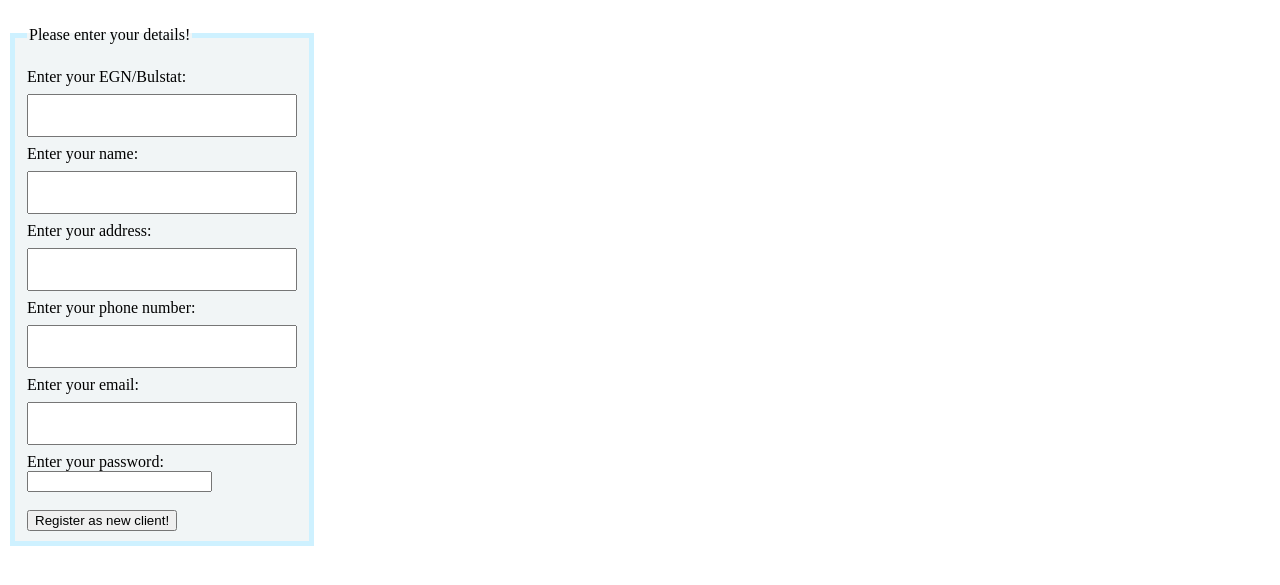
Repository: A-Mitev/E-Banking_Team_Project
Page: http://localhost/FiBank/WEB-INF/views/jsp/Register.jsp
The author's editor kept a copy of each file at every save. The page is drawn from the files as they stood at one save, then again after the next save.
The browser window is 1280 px wide. The pictures show the whole page.
The page is served by Tomcat 9. Nobody is signed in. The template is opened directly, without the code that normally fills it, so the values that code supplies are empty.

Above is the page before, as saved 2016-04-07 07:56:04.

After the next save:
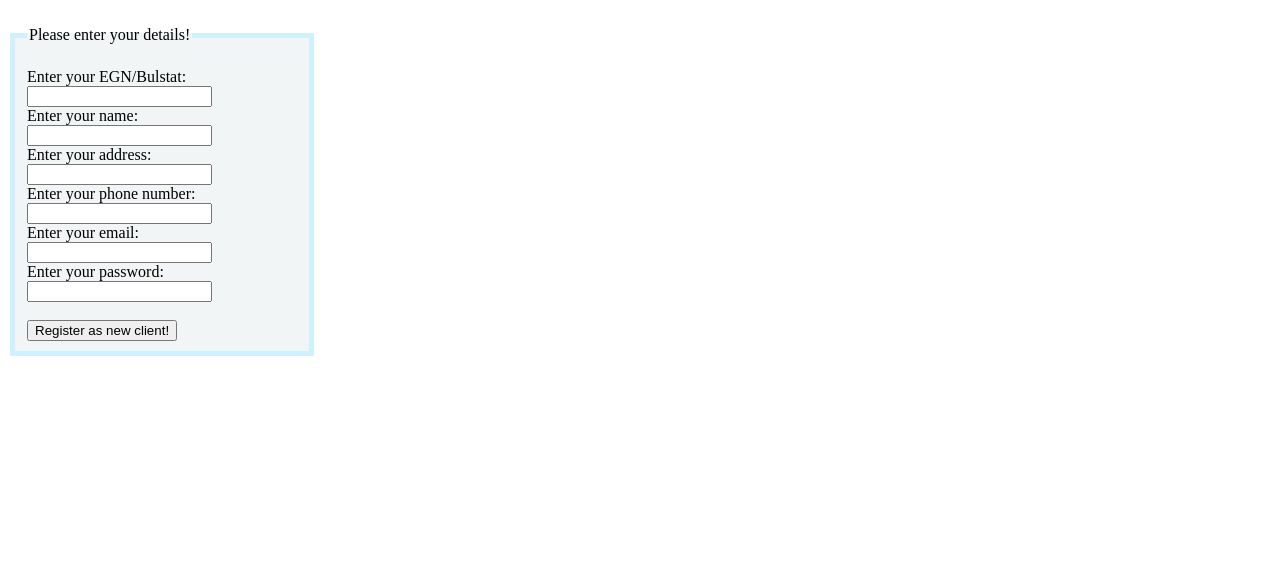
Saved 35 s later.
--- a/FiBank/src/main/webapp/WEB-INF/views/jsp/Register.jsp
+++ b/FiBank/src/main/webapp/WEB-INF/views/jsp/Register.jsp
@@ -17,7 +17,7 @@
     font-weight: bold;
 }
 
-password, input[type=text] {
+password; input[type=text] {
     width: 100%;
     padding: 12px 20px;
     margin: 8px 0;

After the save that followed:
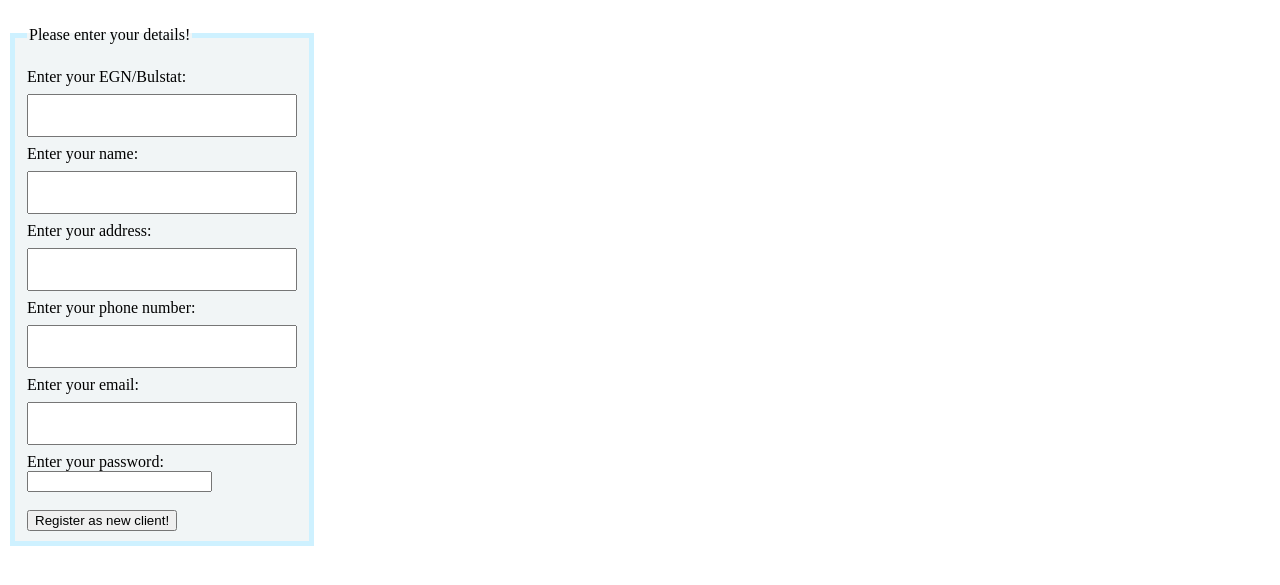
Saved 24 s later.
--- a/FiBank/src/main/webapp/WEB-INF/views/jsp/Register.jsp
+++ b/FiBank/src/main/webapp/WEB-INF/views/jsp/Register.jsp
@@ -17,7 +17,7 @@
     font-weight: bold;
 }
 
-password; input[type=text] {
+password, input[type=text] {
     width: 100%;
     padding: 12px 20px;
     margin: 8px 0;
